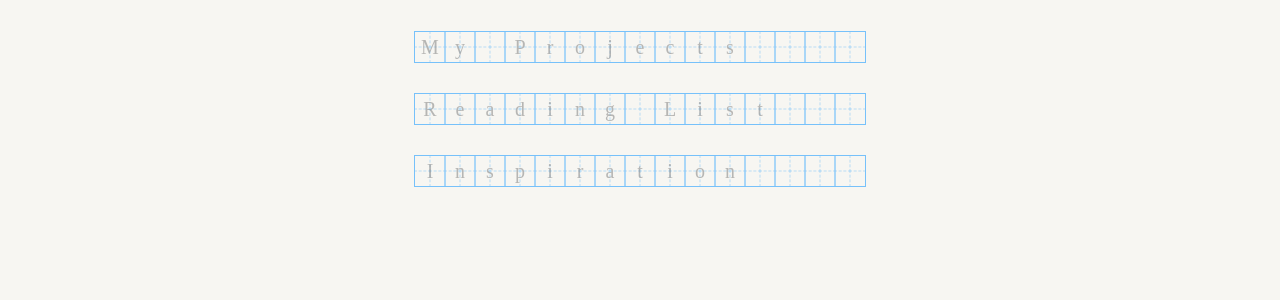
Repository: pyrcl090/p-p
Page: index.html
An editor plug-in stored every save of this project. The page is shown before and after a run of saves, followed by the edit.
The browser window is 1280 px wide. The pictures show the whole page.
The page's requests for data from a server got no answer. Some web fonts or font styles are not loaded; a fallback is used.

Above is the page before, as saved 2025-04-19 17:03:44.

After the next 2 saves:
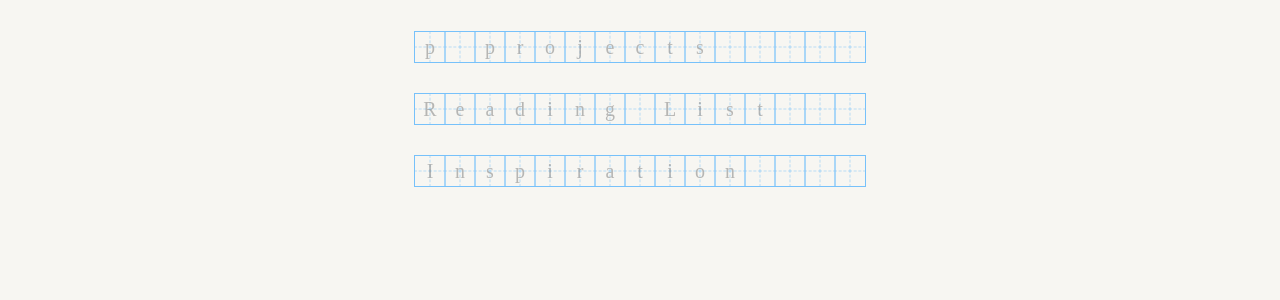
The 2 saves are shown as one change because they came seconds apart.
The last was saved 26 s later.
--- a/script.js
+++ b/script.js
@@ -7,7 +7,7 @@ const channels = [
 ];
 
 const customMenu = [
-  { label: "My Projects", content: "This section contains all of my personal projects, notes, and sketches." },
+  { label: "p projects", content: "This section contains all of my personal projects, notes, and sketches." },
   { label: "Reading List", content: "Books, essays, and articles I want to read or have read recently." },
   { label: "Inspiration", content: "Images, videos, and quotes that inspire me in some way." }
 ];
